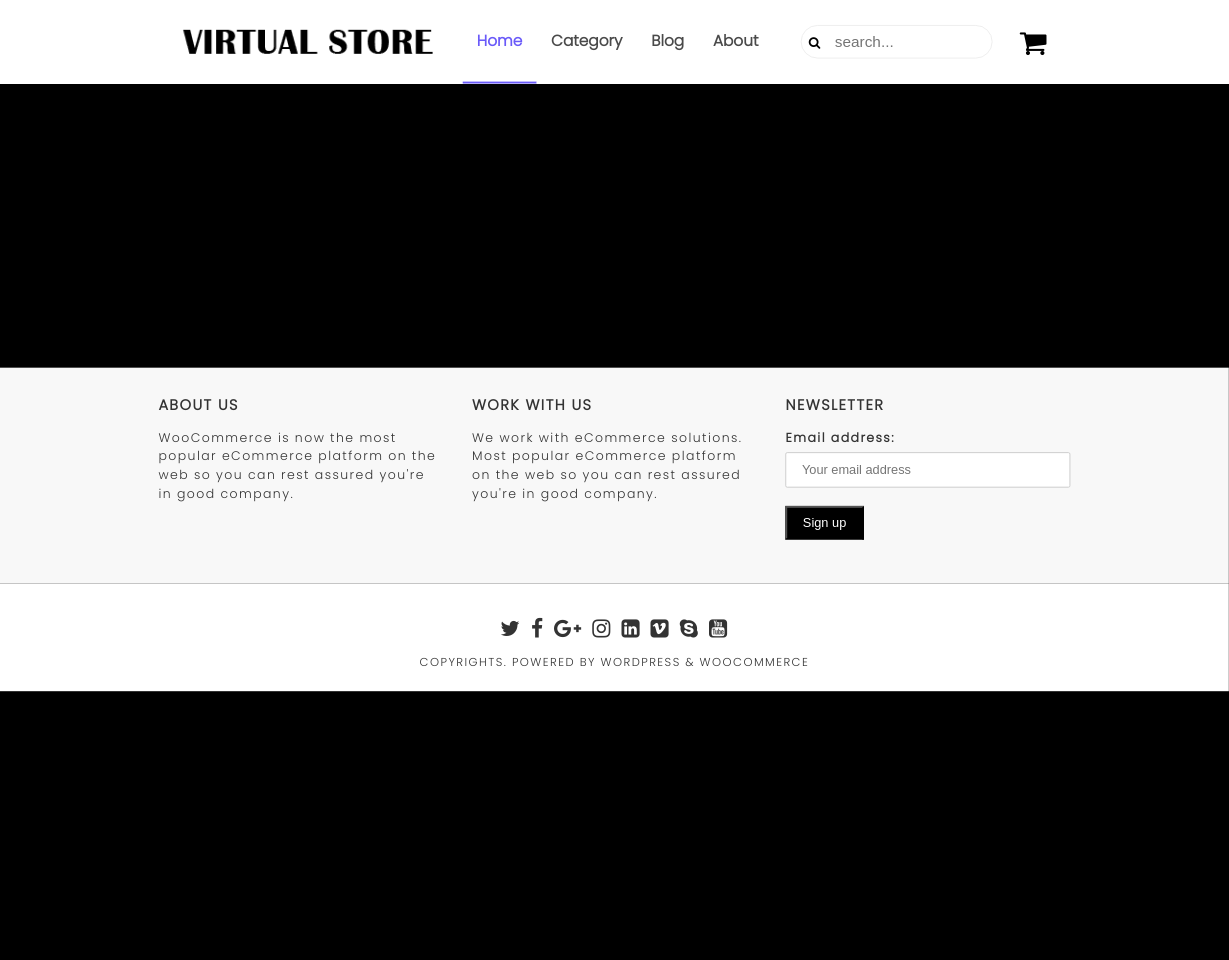
Repository: dungle03/tke_web_nhom_15
Page: index.html
The author's editor kept a copy of each file at every save. The page is drawn from the files as they stood at one save, then again after the next save.
The browser window is 1280 px wide. The pictures show the whole page, at 96% of full size.

Above is the page before, as saved 2022-09-13 19:05:01.
Not found: resest.css

### index.html
<!DOCTYPE html>
<html lang="en">
<head>
    <meta charset="UTF-8">
    <meta http-equiv="X-UA-Compatible" content="IE=edge">
    <meta name="viewport" content="width=device-width, initial-scale=1.0">
    <title>Home</title>
    <link
    rel="stylesheet"
    href="https://cdnjs.cloudflare.com/ajax/libs/font-awesome/4.7.0/css/font-awesome.min.css"
    integrity="sha512-SfTiTlX6kk+qitfevl/7LibUOeJWlt9rbyDn92a1DqWOw9vWG2MFoays0sgObmWazO5BQPiFucnnEAjpAB+/Sw=="
    crossorigin="anonymous"
  />
  <link href="https://fonts.googleapis.com/css2?family=Poppins:wght@300&display=swap" rel="stylesheet">
    <link rel="stylesheet" href="./resest.css">
    <link rel="stylesheet" href="./CSS/header.css">
    <link rel="stylesheet"  href="./CSS/footer.css">
</head>
<body>
    <div class="main-header">
        <div class="header">
            <div class="logo">
                <img src="./IMG/logo.png" alt="img">
            </div>
            <ul class="navi">
                <li class="item active"><a href="#" class="home">Home</a>
                </li>
                <li class="item category-more"><a href="#" class="category">Category</a>
                    <!-- <ul class="subnavy">
                        <li><a href="#">All products</a></li>
                        <li><a href="#">Furniture</a></li>
                        <li><a href="#">Sale</a></li>
                    </ul> -->
                </li>
                <li class="item"><a href="#" class="blog">Blog</a>
                </li>
                <li class="item"><a href="#" class="about">About</a>
                </li>
            </ul>
            <div class="wrap-search">
                <i class="fa fa-search icon-search"></i>
                <input type="text" class="input-search" placeholder="search...">
            </div>
            <i class="fa fa-shopping-cart icon-cart"></i>
        </div>
    </div>
    <!-- /////////////////////////////////////// -->
        <div class="footer">
            <div class="main-foot">
                <div class="container">
                    <div class="foot-col">
                        <h3 class="footer-title">ABOUT US</h3>
                        <div class="textwidget">WooCommerce is now the most popular eCommerce platform on the web so you can rest assured you're in good company.</div>
                    </div>
                    <div class="foot-col">
                        <h3 class="footer-title">WORK WITH US</h3>
                        <div class="textwidget">We work with eCommerce solutions. Most popular eCommerce platform on the web so you can rest assured you're in good company.</div>
                    </div>
                    <div class="foot-col">
                        <h3 class="footer-title">NEWSLETTER</h3>
                        <form class="newsletter">
                            <p>
                                <label for="EMAIL" class="label-email">Email address:</label>
                                <input type="email" class="input-email" name="EMAIL" placeholder="Your email address" required="">
                            </p>
                            <p>
                                <input type="submit" class="btn-submit" value="Sign up">
                            </p>
                        </form>
                    </div>
                </div>
            </div>
            <div class="bottom-foot">
                <div class="container">
                    <div class="foot-socials">
                        <ul>
                            <li><a href=""></a><i class="fa fa-twitter"></i></li>
                            <li><a href=""></a><i class="fa fa-facebook"></i></li>
                            <li><a href=""></a><i class="fa fa-google-plus"></i></li>
                            <li><a href=""></a><i class="fa fa-instagram"></i></li>
                            <li><a href=""></a><i class="fa fa-linkedin-square"></i></li>
                            <li><a href=""></a><i class="fa fa-vimeo-square"></i></li>
                            <li><a href=""></a><i class="fa fa-skype"></i></li>
                            <li><a href=""></a><i class="fa fa-youtube-square"></i></li>
                        </ul>
                        <p class="credits">Copyrights. Powered by WordPress &amp; WooCommerce</p>
                    </div>
                </div>
            </div>
        </div>
    </body>
    </html>

### CSS/header.css
html {
    font-family: "Poppins", sans-serif;
    box-sizing: border-box;
    font-size: 62.5%;

  }
  * {
    margin: 0;
    padding: 0;
  }
  *,
  *:before,
  *:after {
    box-sizing: border-box;
  }
  input,
  textarea,
  select,
  button {
    outline: none;
  }
  input {
    line-height: normal;
  }
  label,
  button {
    cursor: pointer;
  }
  a {
    text-decoration: none;
  }
  img {
    display: block;
    max-width: 100%;
  }
  body{
    height: 1000px;
    background-color: black;
  }
/* /////////// HEADER  /////////// */
.main-header{
  width: 100%;
  position: fixed;
  top: 0;
  left: 0;
  background-color: white;
  /* background-color: aqua; */
}
.header{
    width: 100%;
    padding:0 190px ;
    display: flex;
    align-items: center;
    justify-content: space-between;
}
  .logo{

}
.navi{
    display: flex;
    width: max-content;
}
.navi a{
  color: #4a4a4a;;

}
.navi .item{
  list-style-type: none;
    /* width: max-content; */
    white-space: nowrap;
    padding:  30px 15px;
    cursor: pointer;
    color: #999;
    font-weight: 600;
    flex: 1;
    display: flex;
    align-items: center;
    justify-content: center;
    border-radius: inherit;
    border-bottom: 2px solid white;
}

.wrap-search{
  position: relative;
}
.icon-search{
  position: absolute;
  top: 50%;
  left: 15px;
  transform: translate(-50%,-50%);
  font-size: 13px;
}
.input-search{
  width: 200px;
  height: 35px;
  padding-left: 35px;
  border-radius: 20px;
  border: 1px solid #eee;
  font-size: 16px;
}

.icon-cart{
  font-size: 30px;
  /* transform: translateX(-20px); */
  position: relative;
}
.icon-cart::before{
  content: ;
}
.navi .item.active a{
  color: #6a5af9;
}

.navi .item:hover{
    color: #6a5af9;
  border-bottom-color: currentColor;
}

.navi .item.active{
  border-bottom-color: #6a5af9;
}

.category-more{
  position: relative;
}

.subnavy{
  position: absolute;
  top: 110%;

}

/* FORTER */
.footer{
  position: absolute  ;
  bottom: 0px;
}
.main-foot{
  background-color:
#f8f8f8;
background-position:
0px 0px;
color:#333333;
font-size:13px;
letter-spacing:1.5px;
line-height:19.6px;
padding:15px 0px 28px 0px;
}

.main-foot .container{
  display: flex;
  padding: 0 150px;
}

.main-foot .container .foot-col{
  display: inline-block;
  width: calc(100% / 3);
  padding:
0px 15px;
}


.main-foot .container .foot-col:first-child, .foot-col:nth-child(2){
  color:
#333333;
letter-spacing:
1.5px;
line-height:
19.6px;
padding:
0px 15px;
}
.footer-title{
  margin: 14px 0;
}

.newsletter{
  color:
#333333;
font-size:
13px;
letter-spacing:
1.5px;
line-height:
19.6px;
}
.label-email{
  font-weight: 700;
  margin-bottom: 6px;
  display: block;
}
.input-email{
  width: 100%;
  background-color:
#ffffff;
background-position:
0px 0px;
border-color:
#cccccc;
border-radius:
2px;
border-style:
solid;
border-width:
1px;
color:
#555555;
font-family:
Arial;
font-size:
13.3333px;
line-height:
19.0476px;
margin:
0px 0px 5px;
padding:
8px 16px;
}
.btn-submit{
  margin: 14px 0px 18px 0px;
  display: inline-block;
  padding: 8px 16px;
  background-color: black;
  color: white;
}

/* /////// */
.bottom-foot{
  background-color:
#ffffff;
background-position:
0px 0px;
color:
#333333;
font-size:
14px;
letter-spacing:
1.5px;
line-height:
19.6px;
padding:
20px 0px;
text-align:
center;
text-transform:
uppercase;
}
li{

  list-style-type: none;
}
.bottom-foot .container{
  margin: 0 auto;
    width: 1180px;
}
.foot-socials ul{
  display: flex;
  width: max-content;
  margin: 15px auto;
}
.foot-socials ul li {
  font-size: 22px;
  margin: 0 5px;
}
.credits{
  font-size: 12px;
}

### CSS/footer.css
html {
    font-family: "Poppins", sans-serif;
    box-sizing: border-box;
    font-size: 16px;

  }
  * {
    margin: 0;
    padding: 0;
  }
  *,
  *:before,
  *:after {
    box-sizing: border-box;
  }
  input,
  textarea,
  select,
  button {
    outline: none;
  }
  input {
    line-height: normal;
  }
  label,
  button {
    cursor: pointer;
  }
  a {
    text-decoration: none;
  }
  img {
    display: block;
    max-width: 100%;
  }

After the next save:
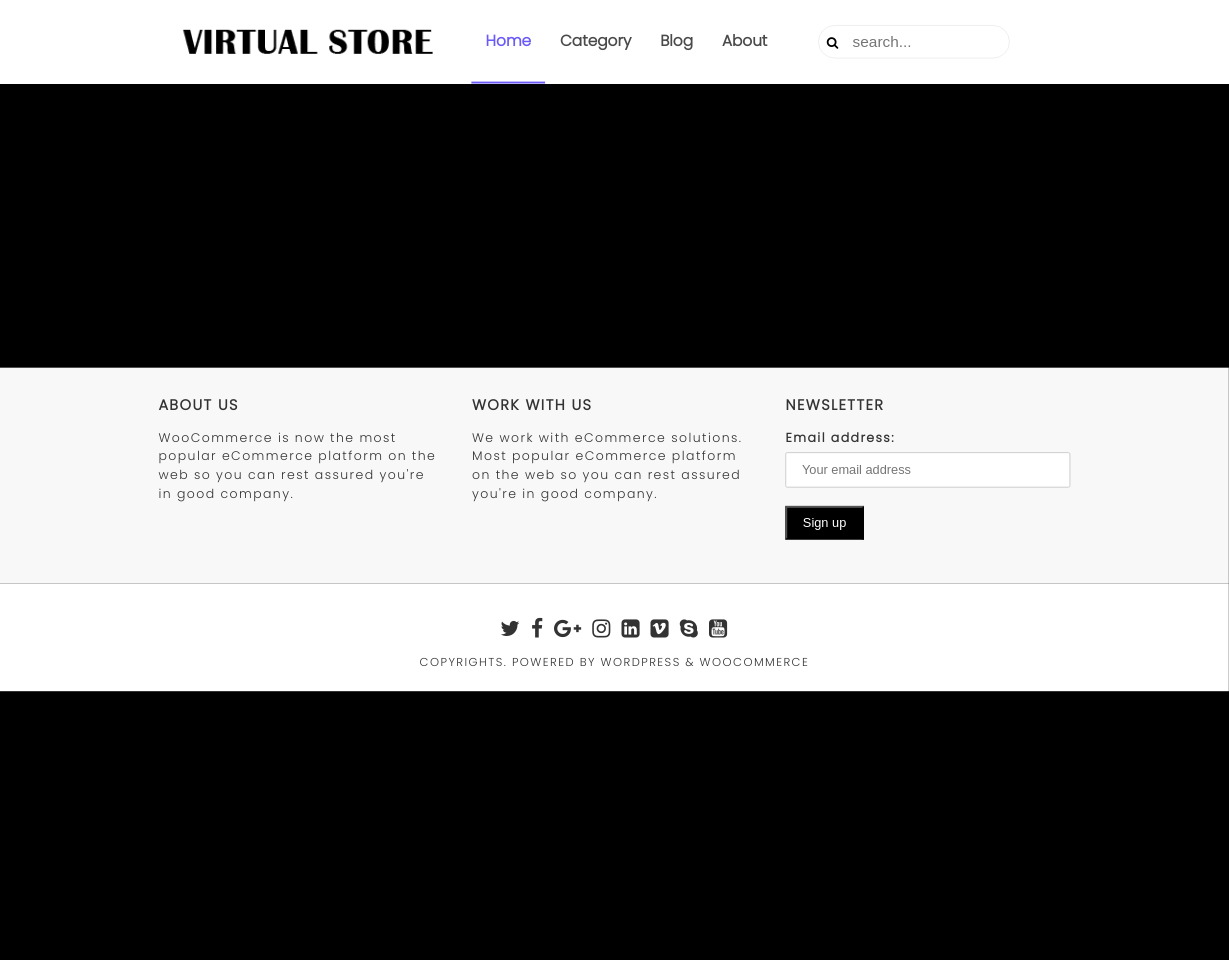
Saved 59 s later.
--- a/CSS/header.css
+++ b/CSS/header.css
@@ -105,7 +105,8 @@ html {
   position: relative;
 }
 .icon-cart::before{
-  content: ;
+  content: "";
+  position: absolute;
 }
 .navi .item.active a{
   color: #6a5af9;
